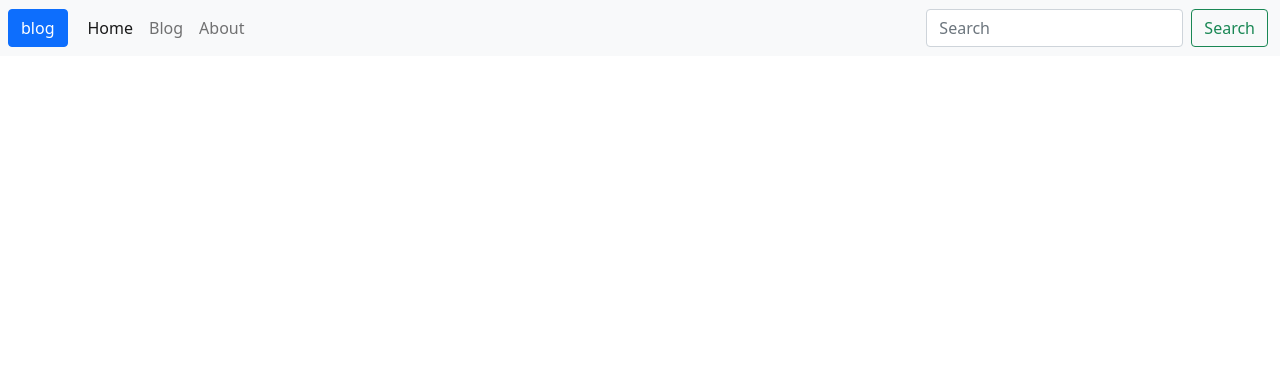
Repository: syni18/bootstrap_blog
Page: index.html
The author's editor kept a copy of each file at every save. The page is drawn from the files as they stood at one save, then again after a run of saves.
The browser window is 1280 px wide. The pictures show the whole page.

Above is the page before, as saved 2023-10-25 20:54:29.

### index.html
<!DOCTYPE html>
<html lang="en">
  <head>
    <meta charset="UTF-8" />
    <meta name="viewport" content="width=device-width, initial-scale=1.0" />
    <link
      href="https://cdn.jsdelivr.net/npm/bootstrap@5.0.2/dist/css/bootstrap.min.css"
      rel="stylesheet"
      integrity="sha384-EVSTQN3/azprG1Anm3QDgpJLIm9Nao0Yz1ztcQTwFspd3yD65VohhpuuCOmLASjC"
      crossorigin="anonymous"
    />
    <script
      src="https://cdn.jsdelivr.net/npm/bootstrap@5.0.2/dist/js/bootstrap.bundle.min.js"
      integrity="sha384-MrcW6ZMFYlzcLA8Nl+NtUVF0sA7MsXsP1UyJoMp4YLEuNSfAP+JcXn/tWtIaxVXM"
      crossorigin="anonymous"
    ></script>
    <title>Blogging</title>
  </head>
  <body>
    <nav class="navbar navbar-expand-lg navbar-light bg-light">
      <button
        class="btn btn-primary ms-2"
        type="button"
        data-bs-toggle="offcanvas"
        data-bs-target="#offcanvasScrolling"
        aria-controls="offcanvasScrolling"
      >
        blog
      </button>

      <div
        class="offcanvas offcanvas-start offcanvas-sm"
        data-bs-scroll="true"
        data-bs-backdrop="false"
        tabindex="-1"
        id="offcanvasScrolling"
        aria-labelledby="offcanvasScrollingLabel"
      >
        <div class="offcanvas-header">
          <h5 class="offcanvas-title" id="offcanvasScrollingLabel">Blog</h5>
          <button
            type="button"
            class="btn-close"
            data-bs-dismiss="offcanvas"
            aria-label="Close"
          ></button>
        </div>
        <div class="offcanvas-body">
          <ul class="list-group list-group-flush">
            <li class="list-group-item">Current Affairs</li>
            <li class="list-group-item">Sports</li>
            <li class="list-group-item">Entertainment</li>
            <li class="list-group-item">Politics</li>
            <li class="list-group-item">Business</li>
            <li class="list-group-item">Technology</li>

          </ul>
        </div>
      </div>
      <div class="container-fluid">
        <!-- <a class="navbar-brand" href="#"> Blog </a>
        <button
          class="navbar-toggler"
          type="button"
          data-bs-toggle="collapse"
          data-bs-target="#navbarSupportedContent"
          aria-controls="navbarSupportedContent"
          aria-expanded="false"
          aria-label="Toggle navigation"
        >
          <span class="navbar-toggler-icon"></span>
        </button> -->
        <div class="collapse navbar-collapse" id="navbarSupportedContent">
          <ul class="navbar-nav me-auto mb-2 mb-lg-0">
            <li class="nav-item">
              <a class="nav-link active" aria-current="page" href="#"> Home </a>
            </li>
            <li class="nav-item">
              <a class="nav-link" href="#"> Blog </a>
            </li>
            <!-- <li class="nav-item dropdown">
              <a
                class="nav-link dropdown-toggle"
                href="#"
                id="navbarDropdown"
                role="button"
                data-bs-toggle="dropdown"
                aria-expanded="false"
              >
                Dropdown
              </a>
              <ul class="dropdown-menu" aria-labelledby="navbarDropdown">
                <li>
                  <a class="dropdown-item" href="#">
                    Action
                  </a>
                </li>
                <li>
                  <a class="dropdown-item" href="#">
                    Another action
                  </a>
                </li>
                <li>
                  <hr class="dropdown-divider" />
                </li>
                <li>
                  <a class="dropdown-item" href="#">
                    Something else here
                  </a>
                </li>
              </ul>
            </li> -->
            <li class="nav-item">
              <a class="nav-link" href="#"> About </a>
            </li>
          </ul>
          <form class="d-flex">
            <input
              class="form-control me-2"
              type="search"
              placeholder="Search"
              aria-label="Search"
            />
            <button class="btn btn-outline-success" type="submit">
              Search
            </button>
          </form>
        </div>
      </div>
    </nav>
  </body>
</html>

After the next 2 saves:
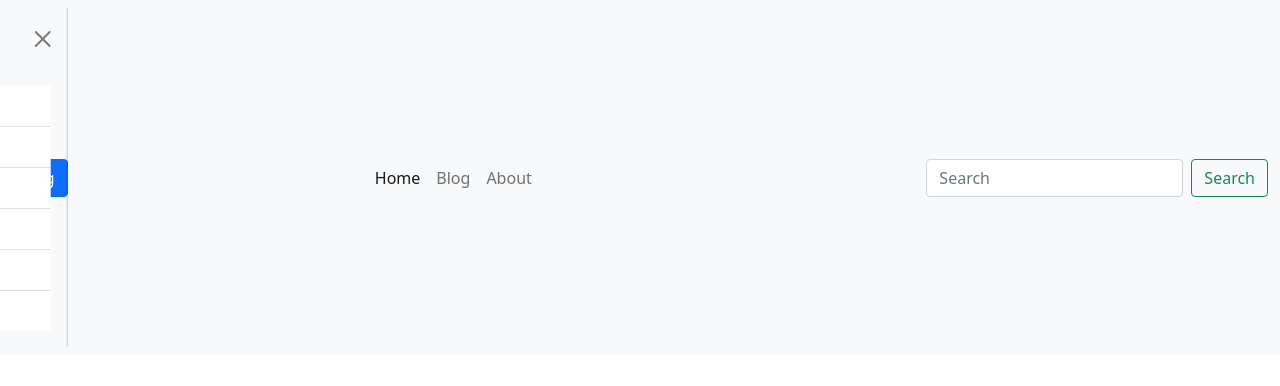
The 2 saves are shown as one change because they came seconds apart.
The last was saved 8 s later.
--- a/index.html
+++ b/index.html
@@ -29,7 +29,7 @@
       </button>
 
       <div
-        class="offcanvas offcanvas-start offcanvas-sm"
+        class="offcanvas-sm offcanvas-start "
         data-bs-scroll="true"
         data-bs-backdrop="false"
         tabindex="-1"

After the save that followed:
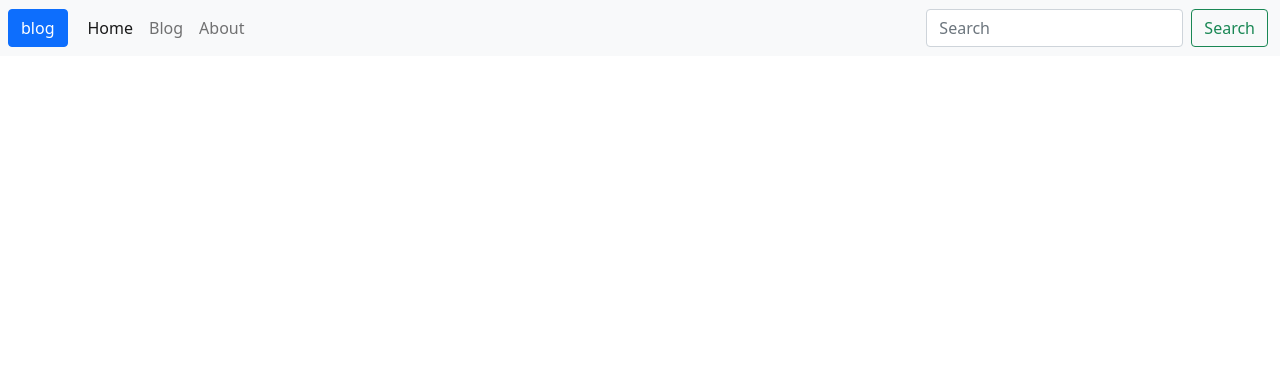
Saved 4 s later.
--- a/index.html
+++ b/index.html
@@ -29,7 +29,7 @@
       </button>
 
       <div
-        class="offcanvas-sm offcanvas-start "
+        class="offcanvas offcanvas-start "
         data-bs-scroll="true"
         data-bs-backdrop="false"
         tabindex="-1"
